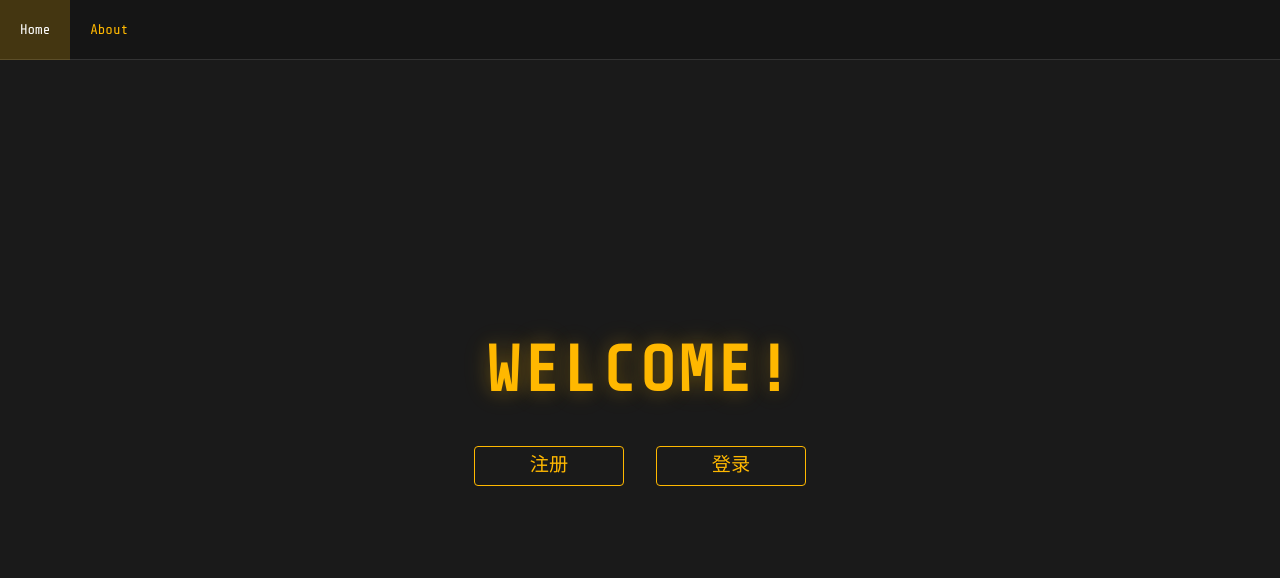
Repository: qqqq121114/se_417
Page: / (app in client/)
An editor plug-in stored every save of this project. The page is shown before and after the next save, followed by the edit.
The browser window is 1280 px wide. The pictures show the whole page.
The project was rebuilt for these pictures with package versions that can differ from the ones it lists, and the page was loaded fresh each time. Also part of the build but not shown: client/vite.config.js.

Above is the page before, as saved 2024-12-08 10:48:46.

### client/src/main.js
import { createApp } from 'vue'
import { createPinia } from 'pinia'
import ElementPlus from 'element-plus'
import 'element-plus/dist/index.css'
import App from './App.vue'
import router from './router'

const app = createApp(App)

app.use(createPinia())
app.use(router)
app.use(ElementPlus)

app.mount('#app')

### client/src/App.vue
<template>
  <div id="app" class="cyber-theme">
    <el-container>
      <el-header>
        <el-menu mode="horizontal" router class="cyber-menu">
          <el-menu-item index="/">Home</el-menu-item>
          <el-menu-item index="/about">About</el-menu-item>
        </el-menu>
      </el-header>
      <el-main>
        <router-view></router-view>
      </el-main>
    </el-container>
  </div>
</template>

<script setup>
import { ElContainer, ElHeader, ElMain, ElMenu, ElMenuItem } from 'element-plus'
import 'element-plus/dist/index.css'
</script>

<style>
@import url('https://fonts.googleapis.com/css2?family=Share+Tech+Mono&display=swap');

/* 重置默认样式 */
* {
  margin: 0;
  padding: 0;
  box-sizing: border-box;
}

html, body {
  margin: 0;
  padding: 0;
  width: 100%;
  height: 100%;
  overflow-x: hidden;
  background-color: var(--cyber-bg);
}

:root {
  --cyber-bg: #1a1a1a;
  --cyber-text: #FFB800;
  --cyber-glow: #FFB80033;
  --cyber-border: #333333;
}

#app {
  font-family: 'Share Tech Mono', monospace;
  -webkit-font-smoothing: antialiased;
  -moz-osx-font-smoothing: grayscale;
  color: var(--cyber-text);
  background-color: var(--cyber-bg);
  min-height: 100vh;
  width: 100%;
  margin: 0;
  padding: 0;
}

.cyber-theme {
  background: var(--cyber-bg);
  min-height: 100vh;
  width: 100%;
}

.el-container {
  min-height: 100vh;
  margin: 0;
  padding: 0;
}

.el-header {
  padding: 0;
  background: rgba(0, 0, 0, 0.2);
  border-bottom: 1px solid var(--cyber-border);
  margin: 0;
}

.el-main {
  padding: 20px;
  background: var(--cyber-bg);
  margin: 0;
}

.cyber-menu {
  background: transparent !important;
  border: none !important;
  margin: 0;
  padding: 0;
}

.el-menu--horizontal > .el-menu-item {
  color: var(--cyber-text) !important;
  font-family: 'Share Tech Mono', monospace !important;
  border: none !important;
}

.el-menu--horizontal > .el-menu-item:hover,
.el-menu--horizontal > .el-menu-item:focus,
.el-menu--horizontal > .el-menu-item.is-active {
  color: #fff !important;
  background: var(--cyber-glow) !important;
  border: none !important;
}

/* 全局按钮样式 */
.el-button {
  background: transparent !important;
  border: 1px solid var(--cyber-text) !important;
  color: var(--cyber-text) !important;
  font-family: 'Share Tech Mono', monospace !important;
  transition: all 0.3s ease;
}

.el-button:hover {
  background: var(--cyber-glow) !important;
  color: #fff !important;
  box-shadow: 0 0 10px var(--cyber-glow);
}

/* 卡片样式 */
.el-card {
  background: rgba(0, 0, 0, 0.2) !important;
  border: 1px solid var(--cyber-border) !important;
  backdrop-filter: blur(5px);
}

.el-card__header {
  border-bottom: 1px solid var(--cyber-border) !important;
}
</style>

### client/src/router/index.js
import { createRouter, createWebHistory } from 'vue-router'
import Home from '../views/Home.vue'

const routes = [
  {
    path: '/',
    name: 'Home',
    component: Home
  },
  {
    path: '/about',
    name: 'About',
    component: () => import('../views/About.vue')
  }
]

const router = createRouter({
  history: createWebHistory(),
  routes
})

export default router

### client/src/views/Home.vue
<template>
  <div class="home">
    <div class="welcome-container">
      <h1 class="cyber-title">Welcome!</h1>
      <div class="button-group">
        <el-button class="cyber-button" size="large">注册</el-button>
        <el-button class="cyber-button" size="large">登录</el-button>
      </div>
    </div>
  </div>
</template>

<script setup>
</script>

<style scoped>
.home {
  display: flex;
  justify-content: center;
  align-items: center;
  min-height: calc(100vh - 60px); /* 减去头部导航的高度 */
  padding: 20px;
}

.welcome-container {
  text-align: center;
}

.cyber-title {
  font-size: 4em;
  color: var(--cyber-text);
  text-transform: uppercase;
  letter-spacing: 4px;
  margin-bottom: 40px;
  text-shadow: 0 0 20px var(--cyber-glow);
  animation: glow 1.5s ease-in-out infinite alternate;
}

.button-group {
  display: flex;
  gap: 20px;
  justify-content: center;
}

.cyber-button {
  font-size: 1.2em;
  padding: 15px 40px;
  min-width: 150px;
}

@keyframes glow {
  from {
    text-shadow: 0 0 10px var(--cyber-glow), 0 0 20px var(--cyber-glow);
  }
  to {
    text-shadow: 0 0 20px var(--cyber-glow), 0 0 30px var(--cyber-glow);
  }
}

/* 响应式设计 */
@media (max-width: 768px) {
  .cyber-title {
    font-size: 3em;
  }

  .button-group {
    flex-direction: column;
    align-items: center;
  }

  .cyber-button {
    width: 200px;
  }
}
</style>

Loaded but not shown: client/index.html (common file)

After the next save:
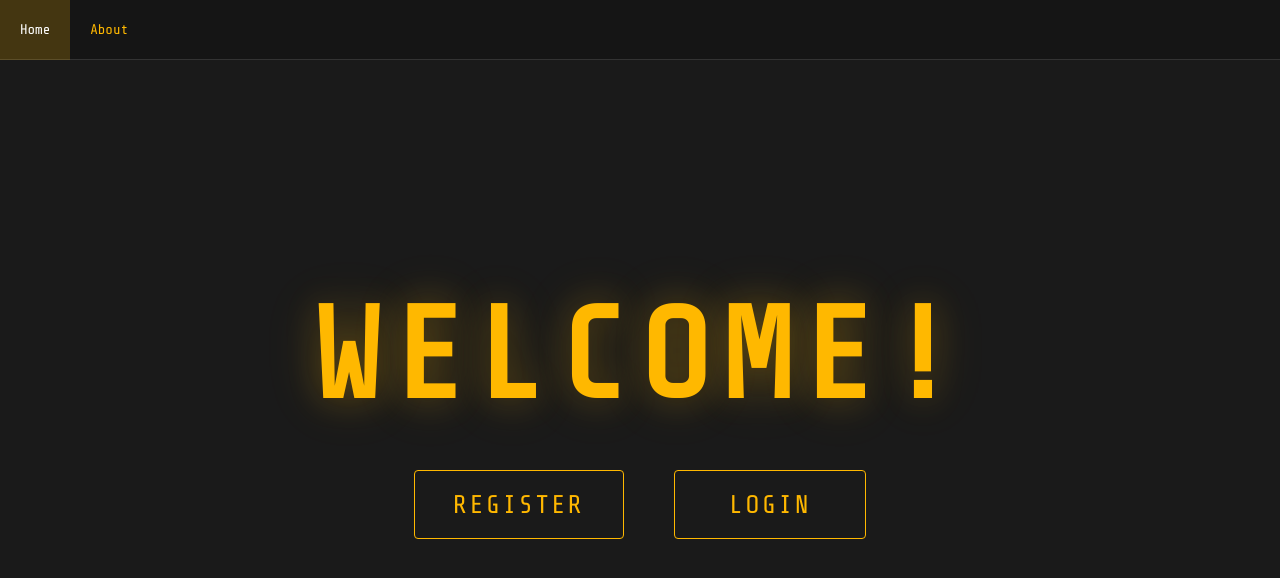
Saved 2 min 11 s later.
--- a/client/src/views/Home.vue
+++ b/client/src/views/Home.vue
@@ -3,8 +3,8 @@
     <div class="welcome-container">
       <h1 class="cyber-title">Welcome!</h1>
       <div class="button-group">
-        <el-button class="cyber-button" size="large">注册</el-button>
-        <el-button class="cyber-button" size="large">登录</el-button>
+        <el-button class="cyber-button" size="large">REGISTER</el-button>
+        <el-button class="cyber-button" size="large">LOGIN</el-button>
       </div>
     </div>
   </div>
@@ -18,58 +18,69 @@
   display: flex;
   justify-content: center;
   align-items: center;
-  min-height: calc(100vh - 60px); /* 减去头部导航的高度 */
+  min-height: calc(100vh - 60px);
   padding: 20px;
 }
 
 .welcome-container {
   text-align: center;
+  width: 70vw;
 }
 
 .cyber-title {
-  font-size: 4em;
+  font-size: 10vw;
   color: var(--cyber-text);
   text-transform: uppercase;
-  letter-spacing: 4px;
-  margin-bottom: 40px;
+  letter-spacing: 0.1em;
+  margin-bottom: 5vh;
   text-shadow: 0 0 20px var(--cyber-glow);
   animation: glow 1.5s ease-in-out infinite alternate;
+  line-height: 1.2;
+  font-family: 'Share Tech Mono', monospace;
 }
 
 .button-group {
   display: flex;
-  gap: 20px;
+  gap: 3vw;
   justify-content: center;
 }
 
 .cyber-button {
-  font-size: 1.2em;
-  padding: 15px 40px;
-  min-width: 150px;
+  font-size: 2vw !important;
+  padding: 2vh 3vw !important;
+  min-width: 15vw !important;
+  font-family: 'Share Tech Mono', monospace !important;
+  text-transform: uppercase;
+  letter-spacing: 0.1em;
+  height: auto !important;
+  line-height: 1.5 !important;
 }
 
 @keyframes glow {
   from {
-    text-shadow: 0 0 10px var(--cyber-glow), 0 0 20px var(--cyber-glow);
+    text-shadow: 0 0 20px var(--cyber-glow), 0 0 40px var(--cyber-glow);
   }
   to {
-    text-shadow: 0 0 20px var(--cyber-glow), 0 0 30px var(--cyber-glow);
+    text-shadow: 0 0 40px var(--cyber-glow), 0 0 60px var(--cyber-glow);
   }
 }
 
 /* 响应式设计 */
 @media (max-width: 768px) {
   .cyber-title {
-    font-size: 3em;
+    font-size: 15vw;
   }
 
   .button-group {
     flex-direction: column;
     align-items: center;
+    gap: 3vh;
   }
 
   .cyber-button {
-    width: 200px;
+    width: 60vw !important;
+    font-size: 5vw !important;
+    padding: 2vh 4vw !important;
   }
 }
 </style>
